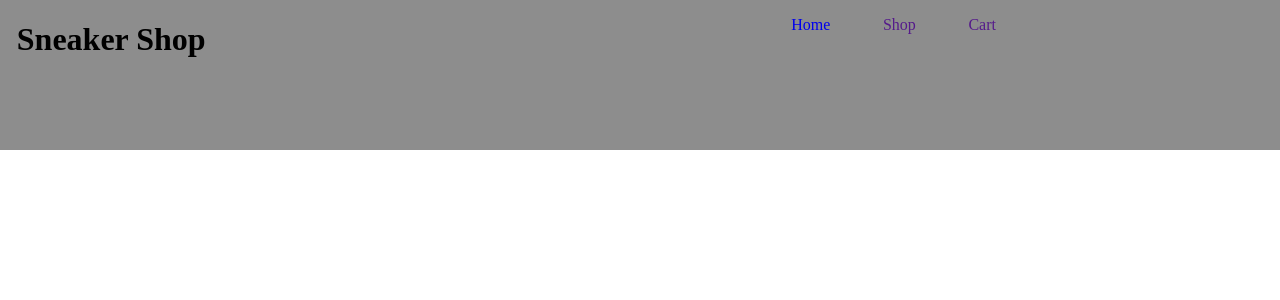
Repository: Siphamandla201/SneakerEcom
Page: products.html
An editor plug-in stored every save of this project. The page is shown before and after the next save, followed by the edit.
The browser window is 1280 px wide. The pictures show the whole page.

Above is the page before, as saved 2023-08-17 16:12:05.

After the next save:
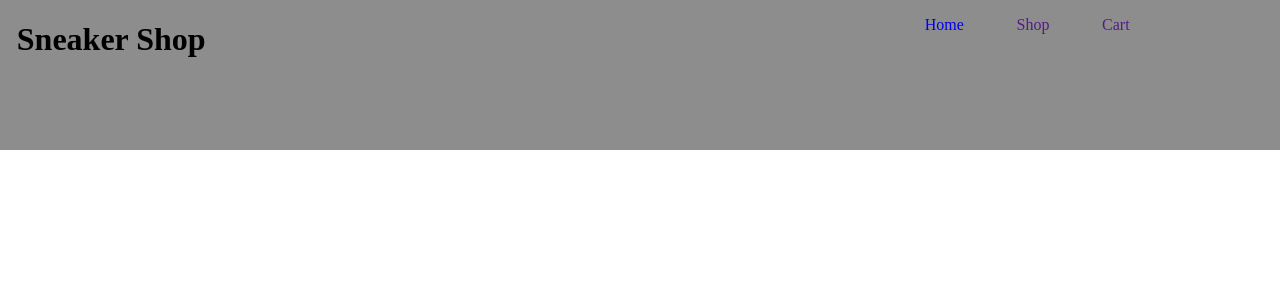
Saved 30 s later.
--- a/products.html
+++ b/products.html
@@ -24,6 +24,8 @@
 
         nav {
             width: 40%;
+            display: flex;
+            justify-content: space-around;
         }
 
         ul {
